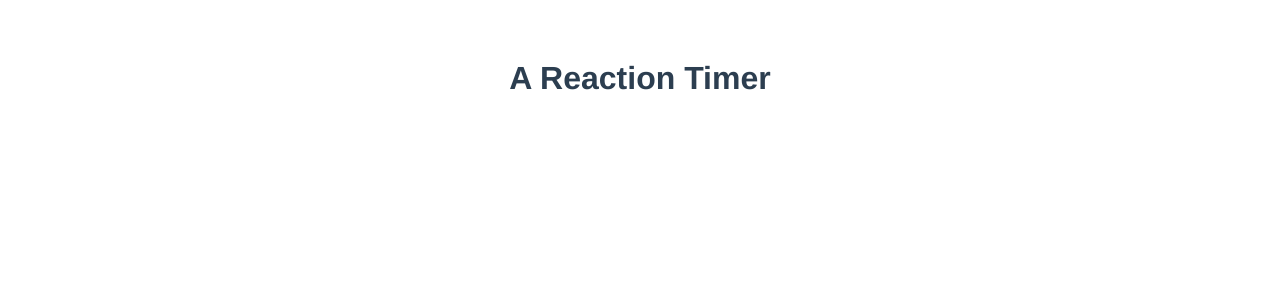
Repository: qudos4real/reaction-timer
Page: /
An editor plug-in stored every save of this project. The page is shown before and after the next save, followed by the edit.
The browser window is 1280 px wide. The pictures show the whole page.
The project was rebuilt for these pictures with package versions that can differ from the ones it lists, and the page was loaded fresh each time. Also part of the build but not shown: vue.config.js.

Above is the page before, as saved 2022-12-27 21:05:43.

### src/App.vue
<template>
 <h1>A Reaction Timer</h1>
</template>

<script>


export default {
  name: 'App',
  components: {

  }
}
</script>

<style>
#app {
  font-family: Avenir, Helvetica, Arial, sans-serif;
  -webkit-font-smoothing: antialiased;
  -moz-osx-font-smoothing: grayscale;
  text-align: center;
  color: #2c3e50;
  margin-top: 60px;
}
</style>

Loaded but not shown: public/index.html (common file); src/main.js (common file)

After the next save:
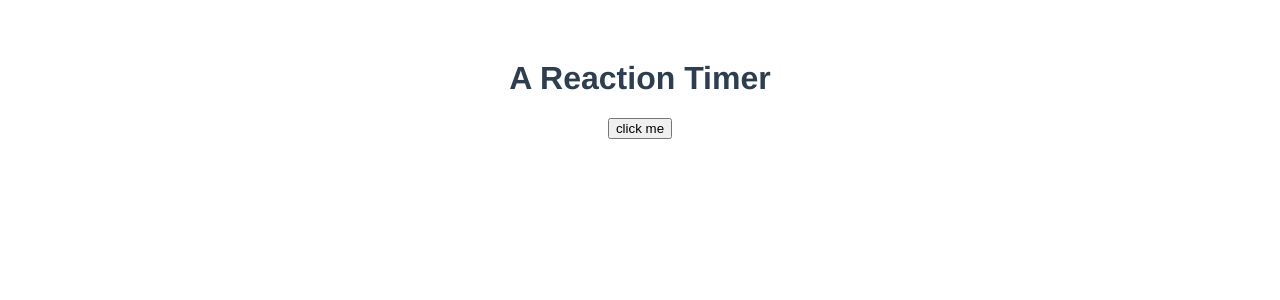
Saved 26 s later.
--- a/src/App.vue
+++ b/src/App.vue
@@ -1,5 +1,6 @@
 <template>
  <h1>A Reaction Timer</h1>
+ <button>click me</button>
 </template>
 
 <script>
